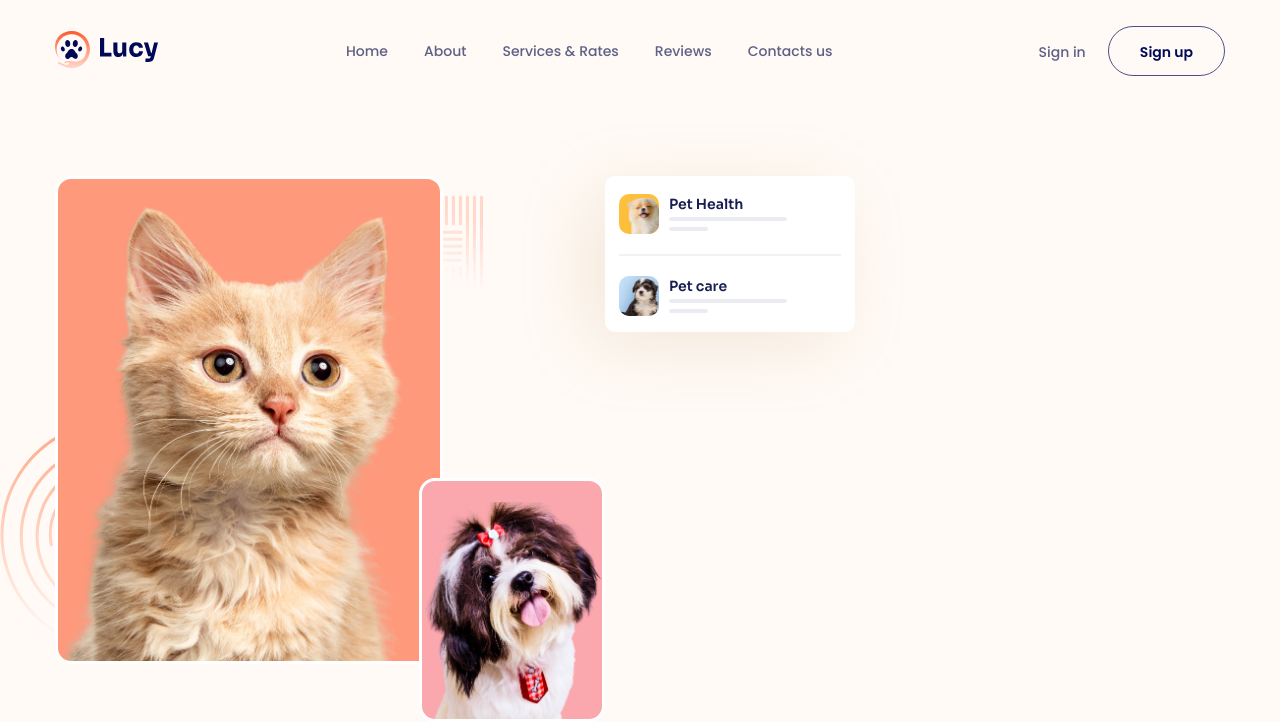
Repository: empty24062002/f8-project-05
Page: index.html
These files come from the project's save history. The page is drawn as it stood at one moment and after the next save; the edit follows.
The browser window is 1280 px wide. The pictures show the whole page.

Above is the page before, as saved 2023-09-09 17:58:45.

After the next save:
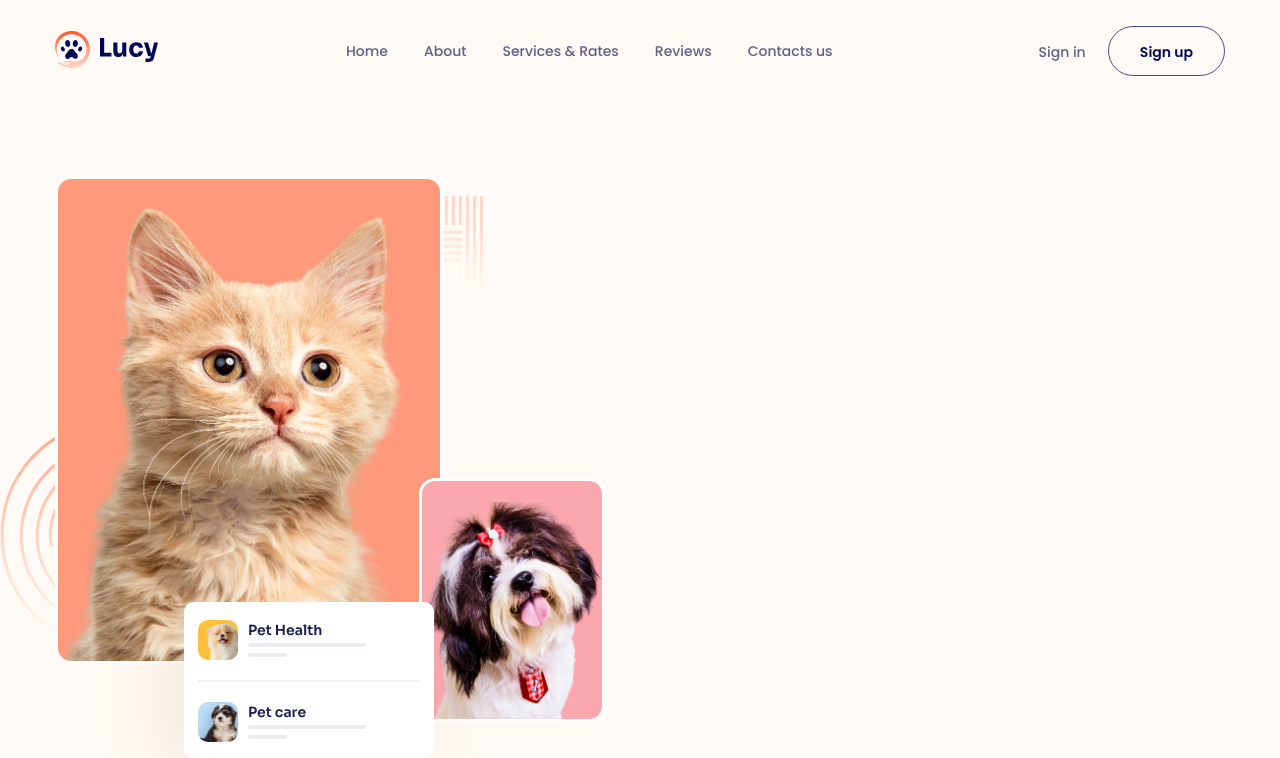
Saved 99 s later.
--- a/assets/css/styles.css
+++ b/assets/css/styles.css
@@ -108,6 +108,7 @@ a {
 
 .hero__media {
     display: flex;
+    position: relative;
 }
 
 .hero__img-wrap {
@@ -153,6 +154,9 @@ a {
 }
 
 .hero__list {
+    position: absolute;
+    left: 129px;
+    bottom: -94px;
     width: 250px;
     height: 156px;
     padding: 18px 14px;
